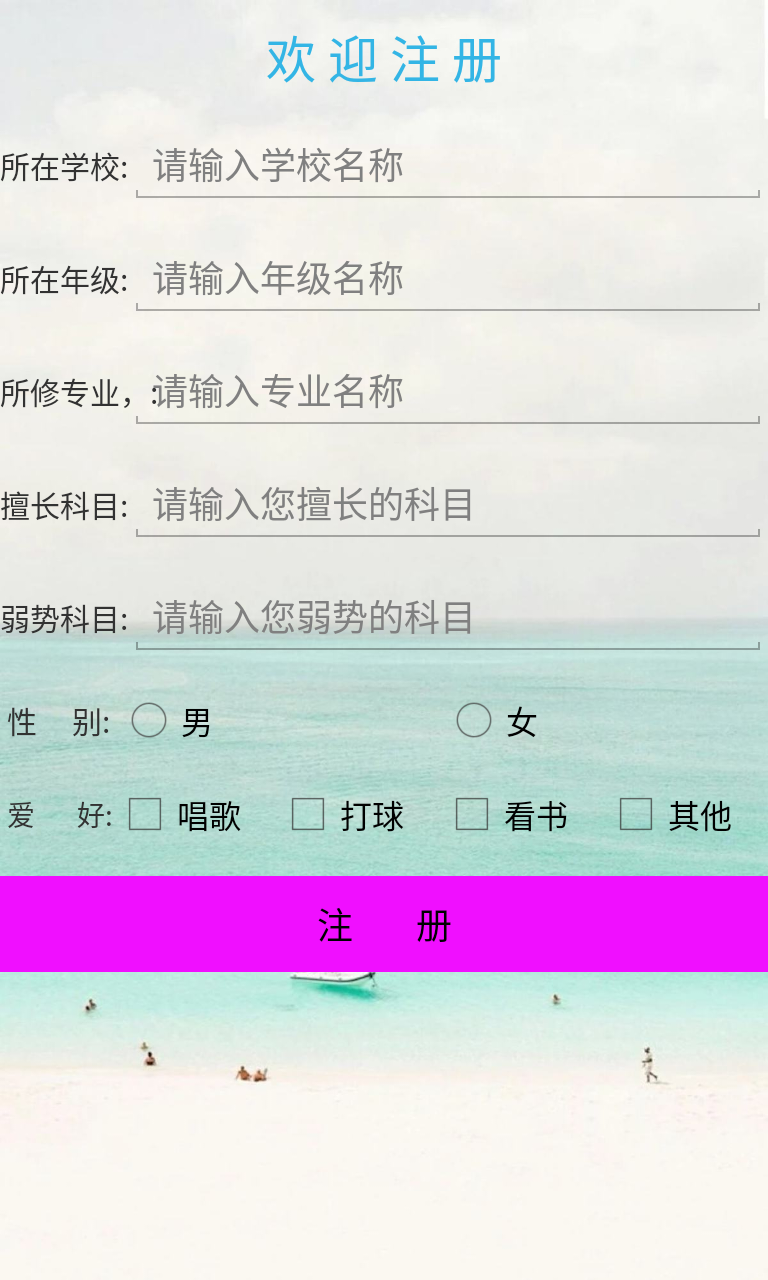
Repository: 17390089054/android
Layout: learning/res/layout/activity_main.xml
An editor plug-in stored every save of this project. The layout is shown before and after the next save, followed by the edit.
It is drawn on a 768 x 1280 px phone screen (xhdpi) without system bars, with theme AppTheme; the app's code is not run.

Above is the layout before, as saved 2018-05-01 10:22:25.

### learning/res/layout/activity_main.xml
<LinearLayout xmlns:android="http://schemas.android.com/apk/res/android"
    xmlns:tools="http://schemas.android.com/tools"
    android:layout_width="match_parent"
    android:layout_height="match_parent"
    tools:context=".MainActivity"
    android:orientation="vertical"
    android:background="@drawable/bg"
    >

    <TextView
        android:id="@+id/textView1"
        android:layout_width="match_parent"
        android:layout_height="wrap_content"
        android:layout_marginTop="10dp"
        android:gravity="center"
        android:text=" 欢 迎 注 册 "
        android:textColor="@android:color/holo_blue_light"
        android:textSize="25sp" />

    <RelativeLayout
        android:layout_width="match_parent"
        android:layout_height="wrap_content"
        android:orientation="horizontal"
        android:layout_marginTop="15dp"
         >
    <!-- school -->
    <TextView
        android:id="@+id/schtxt"
        android:layout_width="wrap_content"
        android:layout_height="wrap_content"
        android:textSize="15sp"
        android:gravity="center"
        android:layout_alignBaseline="@+id/school"
        android:text="所在学校:"
        />
     <EditText
         android:id="@+id/school"
         android:layout_width="match_parent"
         android:layout_height="wrap_content"
         android:layout_toRightOf="@+id/schtxt"
         android:hint="请输入学校名称"
         android:singleLine="true"
         />
    <!-- grade -->
   <TextView
       android:id="@+id/gradetxt"
       android:layout_width="wrap_content"
       android:layout_height="wrap_content"
       android:textSize="15sp"
       android:gravity="center"
       android:layout_alignBaseline="@+id/grade"
       android:layout_below="@+id/school"
       android:text="所在年级:"
       />
    <EditText
        android:id="@+id/grade"
        android:layout_width="match_parent"
        android:layout_height="wrap_content"
        android:layout_below="@+id/school"
        android:layout_marginTop="15dp"
        android:layout_toRightOf="@+id/gradetxt"
        android:layout_alignLeft="@+id/school"
        android:hint="请输入年级名称"
        android:singleLine="true"
        />

   <!-- major -->
   <TextView
       android:id="@+id/majortxt"
       android:layout_width="wrap_content"
       android:layout_height="wrap_content"
       android:textSize="15sp"
       android:layout_alignBaseline="@+id/major"
       android:gravity="center"
       android:text="所修专业，:"
       />
    <EditText
        android:id="@+id/major"
        android:layout_width="match_parent"
        android:layout_height="wrap_content"
       	android:layout_toRightOf="@+id/majortxt"
		android:layout_below="@+id/grade"
		android:layout_alignLeft="@+id/school"
		android:layout_marginTop="15dp"
        android:singleLine="true"
        android:hint="请输入专业名称"
        />

    <!--pros-->
	<TextView
       android:id="@+id/prostxt"
       android:layout_width="wrap_content"
       android:layout_height="wrap_content"
       android:textSize="15sp"
       android:gravity="center"
       android:layout_alignBaseline="@+id/pros"
       android:layout_below="@+id/major"
       android:text="擅长科目:"
       />
    <EditText
        android:id="@+id/pros"
        android:layout_width="match_parent"
        android:layout_height="wrap_content"
        android:layout_below="@+id/major"
        android:layout_marginTop="15dp"
        android:layout_toRightOf="@+id/prostxt"
        android:layout_alignLeft="@+id/school"
        android:hint="请输入您擅长的科目"
        android:singleLine="true"
        />
     <!-- cons -->
    <TextView
       android:id="@+id/constxt"
       android:layout_width="wrap_content"
       android:layout_height="wrap_content"
       android:textSize="15sp"
       android:gravity="center"
       android:layout_alignBaseline="@+id/cons"
       android:layout_below="@+id/pros"
       android:text="弱势科目:"
       />
    <EditText
        android:id="@+id/cons"
        android:layout_width="match_parent"
        android:layout_height="wrap_content"
        android:layout_below="@+id/pros"
        android:layout_marginTop="15dp"
        android:layout_toRightOf="@+id/constxt"
        android:layout_alignLeft="@+id/school"
        android:hint="请输入您弱势的科目"
        android:singleLine="true"
        />

   </RelativeLayout>
   <LinearLayout
       android:layout_width="match_parent"
       android:layout_height="wrap_content"
       android:gravity="center_vertical"
       android:layout_marginTop="15dp"
        >
    <TextView
        android:layout_width="wrap_content"
		android:layout_height="wrap_content"
		android:textSize="15sp"
		android:text=" 性     别: "
        />
    <RadioGroup
        android:id="@+id/group"
        android:layout_width="match_parent"
        android:layout_height="wrap_content"
        android:orientation="horizontal"
        >
		<RadioButton
		    android:id="@+id/boy"
		    android:layout_width="wrap_content"
		    android:layout_height="wrap_content"
		    android:layout_weight="1"
		    android:text="男"
		    />
	    <RadioButton
	    android:id="@+id/girl"
	    android:layout_width="wrap_content"
	    android:layout_height="wrap_content"
	    android:layout_weight="1"
	    android:text="女"
	    />
    </RadioGroup>
   </LinearLayout>

  <LinearLayout
      android:layout_width="match_parent"
      android:layout_height="wrap_content"
      android:gravity="center_vertical"
      android:layout_marginTop="15dp"
      >
    <TextView
        android:id="@+id/hobbies"
        android:layout_width="wrap_content"
        android:layout_height="wrap_content"
        android:text=" 爱      好:"

        />
  <CheckBox
      android:id="@+id/sing"
      android:layout_width="wrap_content"
      android:layout_height="wrap_content"
	  android:layout_weight="1"
      android:text="唱歌"
      />


  <CheckBox
      android:id="@+id/playball"
      android:layout_width="wrap_content"
      android:layout_height="wrap_content"
     android:layout_weight="1"
      android:text="打球"
      />

  <CheckBox
      android:id="@+id/book"
      android:layout_width="wrap_content"
      android:layout_height="wrap_content"
      android:layout_weight="1"
      android:text="看书"
      />
  <CheckBox
  android:id="@+id/other"
  android:layout_width="wrap_content"
  android:layout_height="wrap_content"
  android:layout_weight="1"
  android:text="其他"
  />


  </LinearLayout>

	<Button
	    android:id="@+id/btn"
	    android:layout_width="match_parent"
	    android:layout_height="wrap_content"
	  	android:gravity="center"
	    android:text="注       册"
	    android:background="#f00fff"
	    android:layout_marginTop="15dp"
	    />

</LinearLayout>

Loaded but not shown: learning/res/values/styles.xml (common file); learning/res/values-v11/styles.xml (common file); learning/res/values-v14/styles.xml (common file)

After the next save:
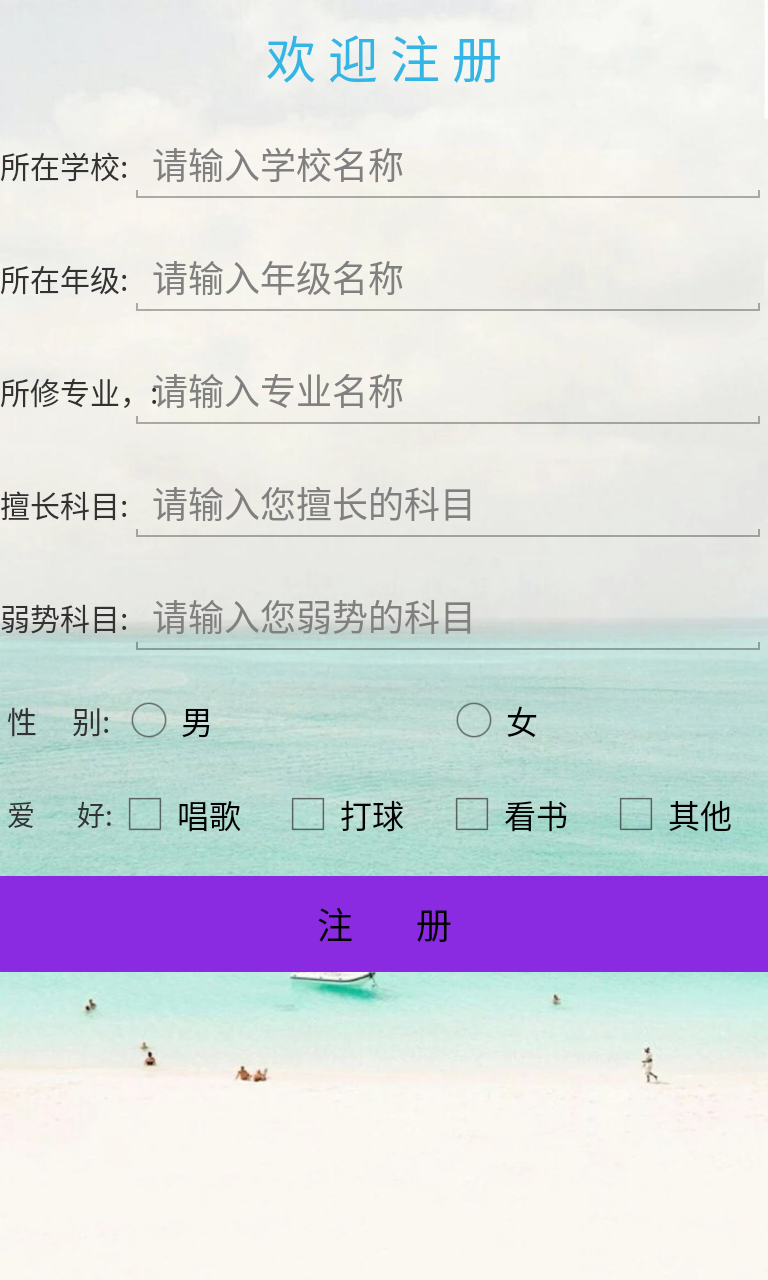
Saved 19 s later.
--- a/learning/res/layout/activity_main.xml
+++ b/learning/res/layout/activity_main.xml
@@ -221,7 +221,7 @@
 	    android:layout_height="wrap_content"
 	  	android:gravity="center"
 	    android:text="注       册"
-	    android:background="#f00fff"
+	    android:background=" #8a2be2 "
 	    android:layout_marginTop="15dp"
 	    />
 
